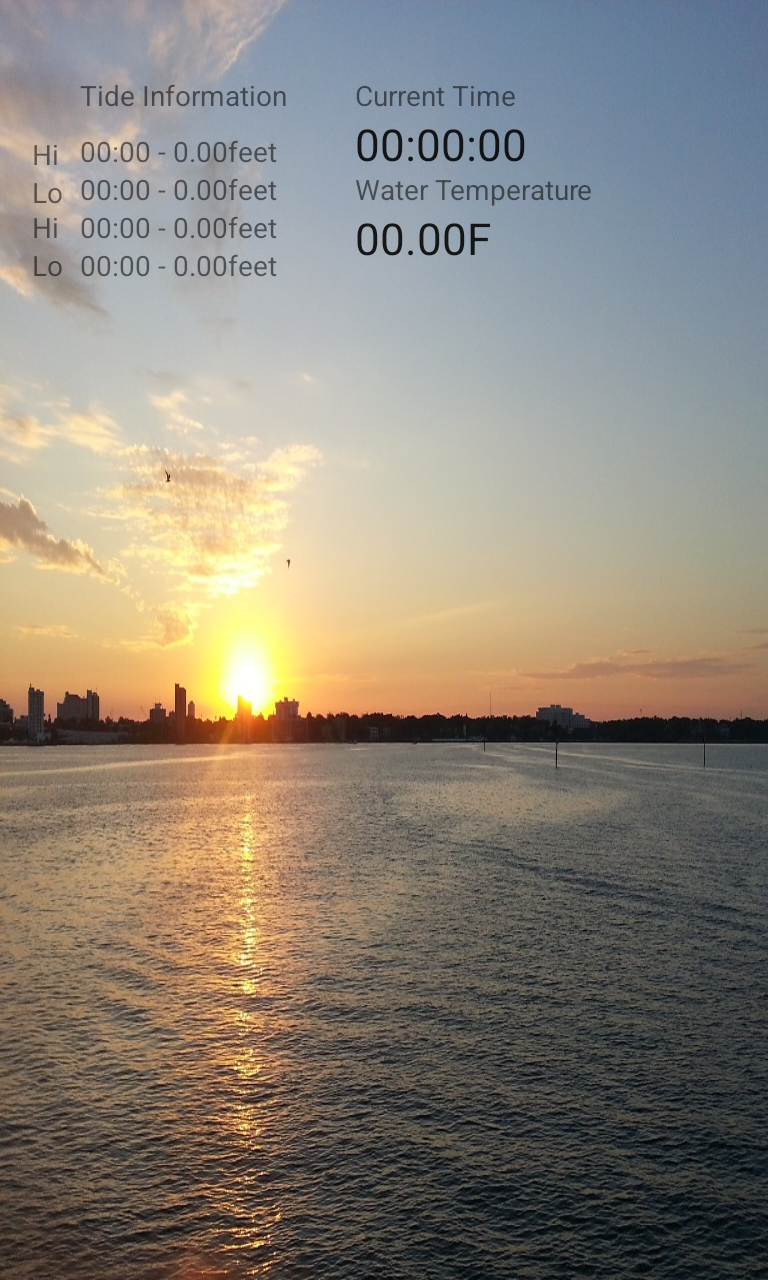
Repository: zerox2012/Fall2014Android
Layout: FishingBuddy/res/layout/activity_main_menu.xml
These files come from the project's save history. The layout is drawn as it stood at one moment and after the next save; the edit follows.
It is drawn on a 768 x 1280 px phone screen (xhdpi) without system bars, with theme AppTheme; the app's code is not run.

Above is the layout before, as saved 2014-10-20 21:43:45.

After the next save:
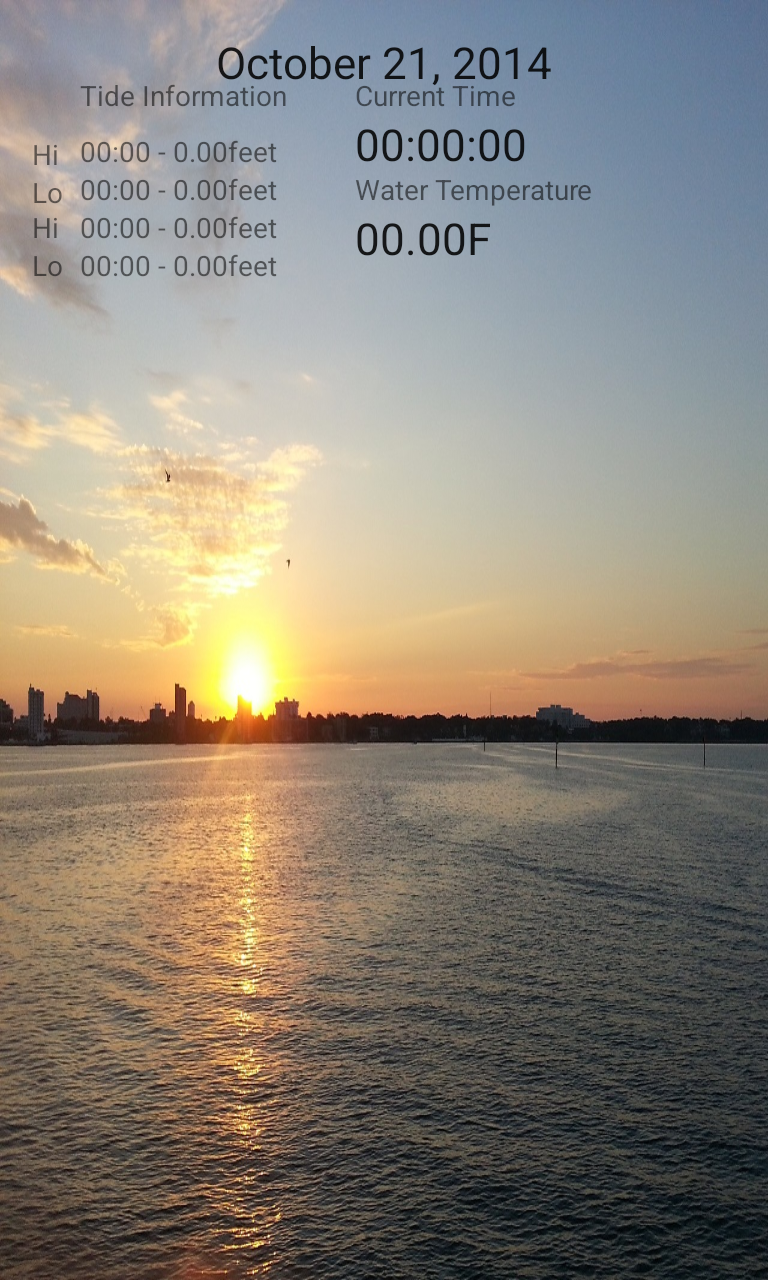
Saved 86 s later.
--- a/FishingBuddy/res/layout/activity_main_menu.xml
+++ b/FishingBuddy/res/layout/activity_main_menu.xml
@@ -122,4 +122,13 @@
         android:layout_alignLeft="@+id/label_tide_information"
         android:text="00:00 - 0.00feet" />
 
+    <TextView
+        android:id="@+id/today_date"
+        android:layout_width="wrap_content"
+        android:layout_height="wrap_content"
+        android:layout_alignParentTop="true"
+        android:layout_centerHorizontal="true"
+        android:text="October 21, 2014"
+        android:textAppearance="?android:attr/textAppearanceLarge" />
+
 </RelativeLayout>
